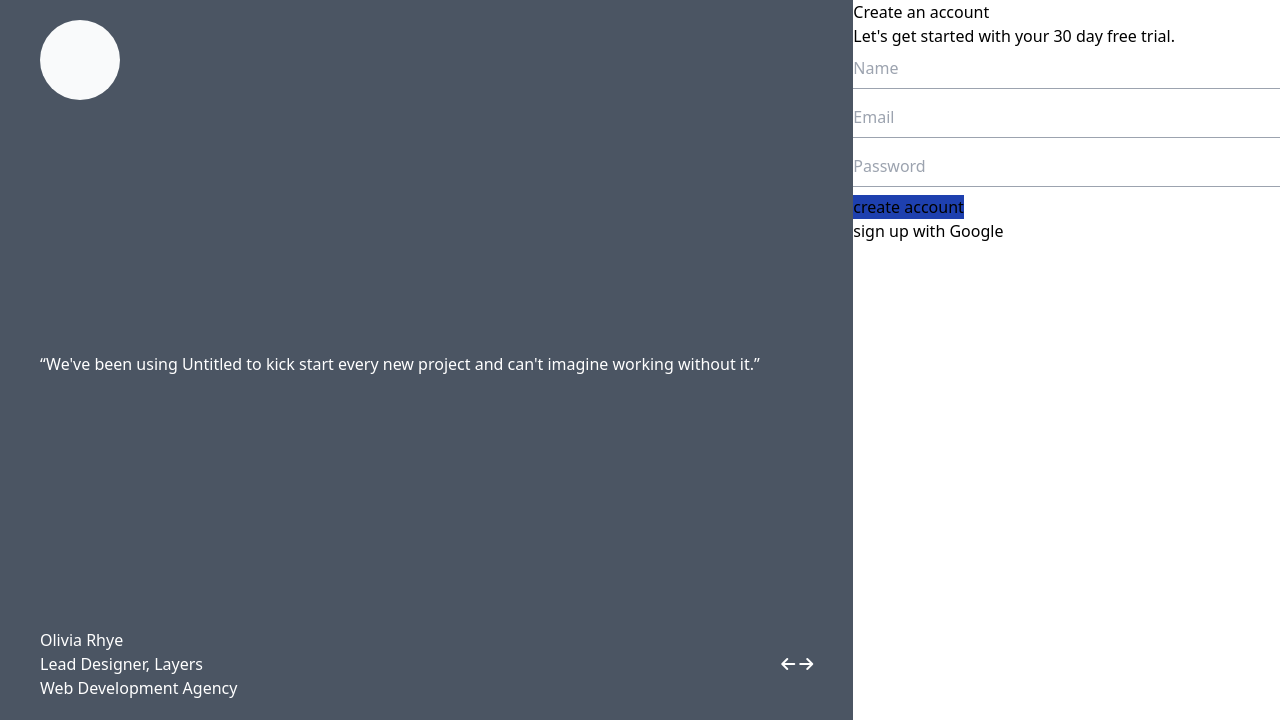
Repository: debthebuilder/youtube-html-contact-form-tailwindcss
Page: contact.html
The author's editor kept a copy of each file at every save. The page is drawn from the files as they stood at one save, then again after the next save.
The browser window is 1280 px wide. The pictures show the whole page.
Some web libraries are served in a nearby version.

Above is the page before, as saved 2022-08-03 05:44:51.

After the next save:
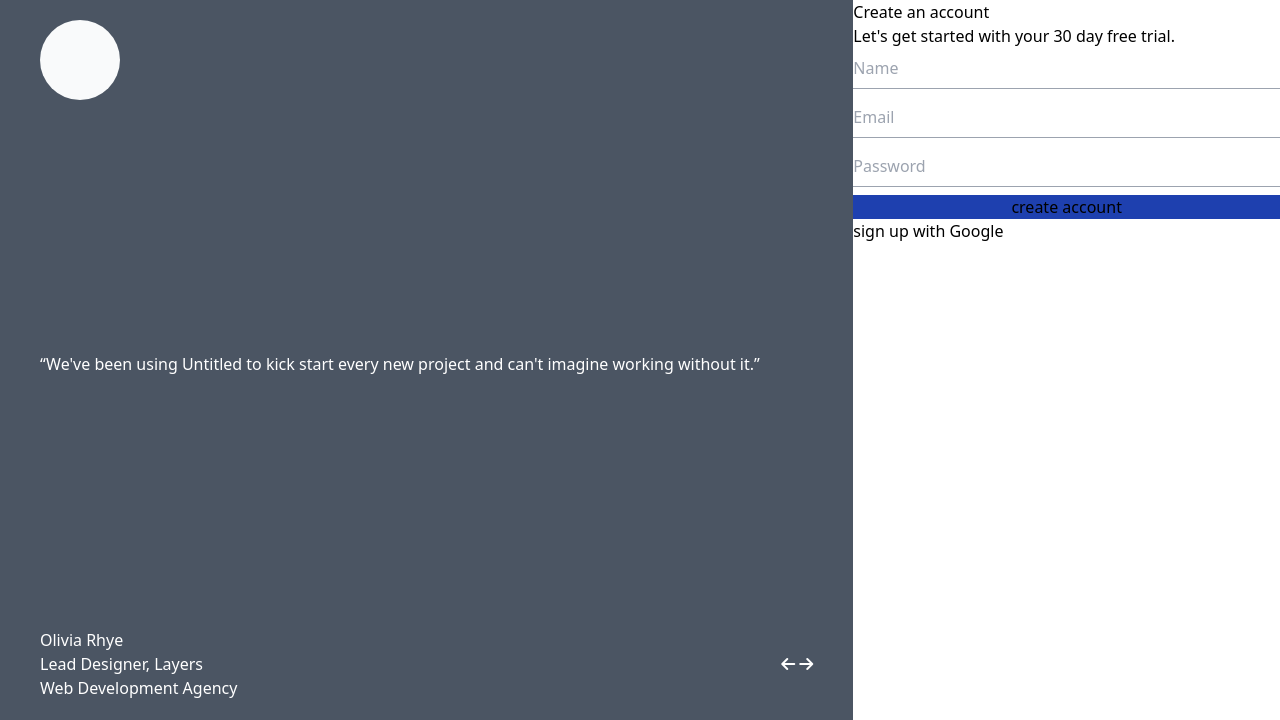
Saved 13 s later.
--- a/contact.html
+++ b/contact.html
@@ -40,7 +40,7 @@
                 <input type="text" name="name" placeholder="Name" class="w-full border-b border-gray-400 pb-2 focus:outline-none focus:border-0 focus:border-b-2 my-2">
                 <input type="email" name="email" placeholder="Email" class="w-full border-b border-gray-400 pb-2 focus:outline-none focus:border-0 focus:border-b-2 my-2">
                 <input type="password" name="password" placeholder="Password" class="w-full border-b border-gray-400 pb-2 focus:outline-none focus:border-0 focus:border-b-2 my-2">
-                <button class="block bg-blue-800">create account</button>
+                <button class="block bg-blue-800 w-full">create account</button>
                 <button>sign up with Google</button>
             </form>
         </div>
